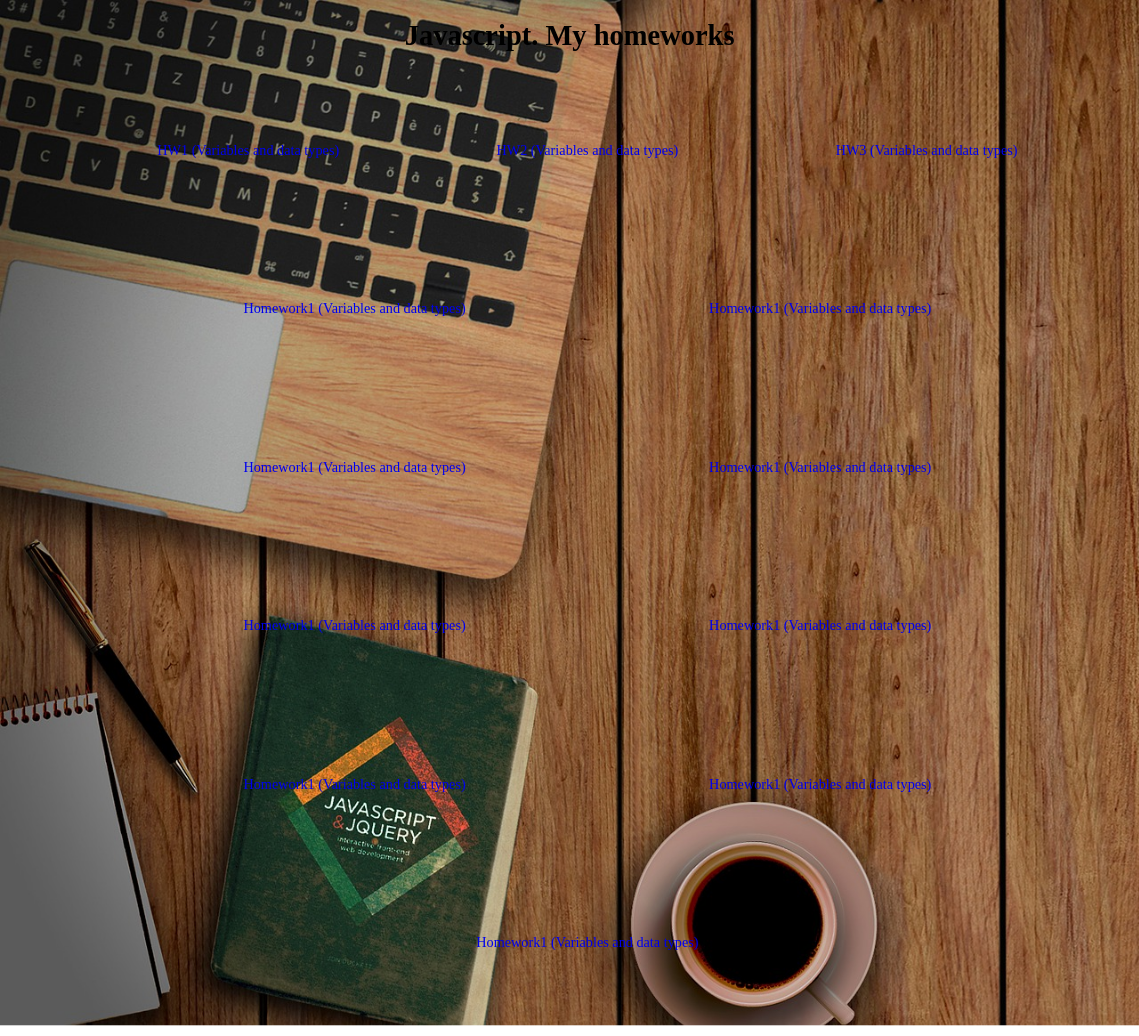
Repository: mariiastetsko/cursor-js-hw
Page: index.html
These files come from the project's save history. The page is drawn as it stood at one moment and after the next save; the edit follows.
The browser window is 1280 px wide. The pictures show the whole page, at 89% of full size.

Above is the page before, as saved 2020-07-22 19:52:44.

After the next save:
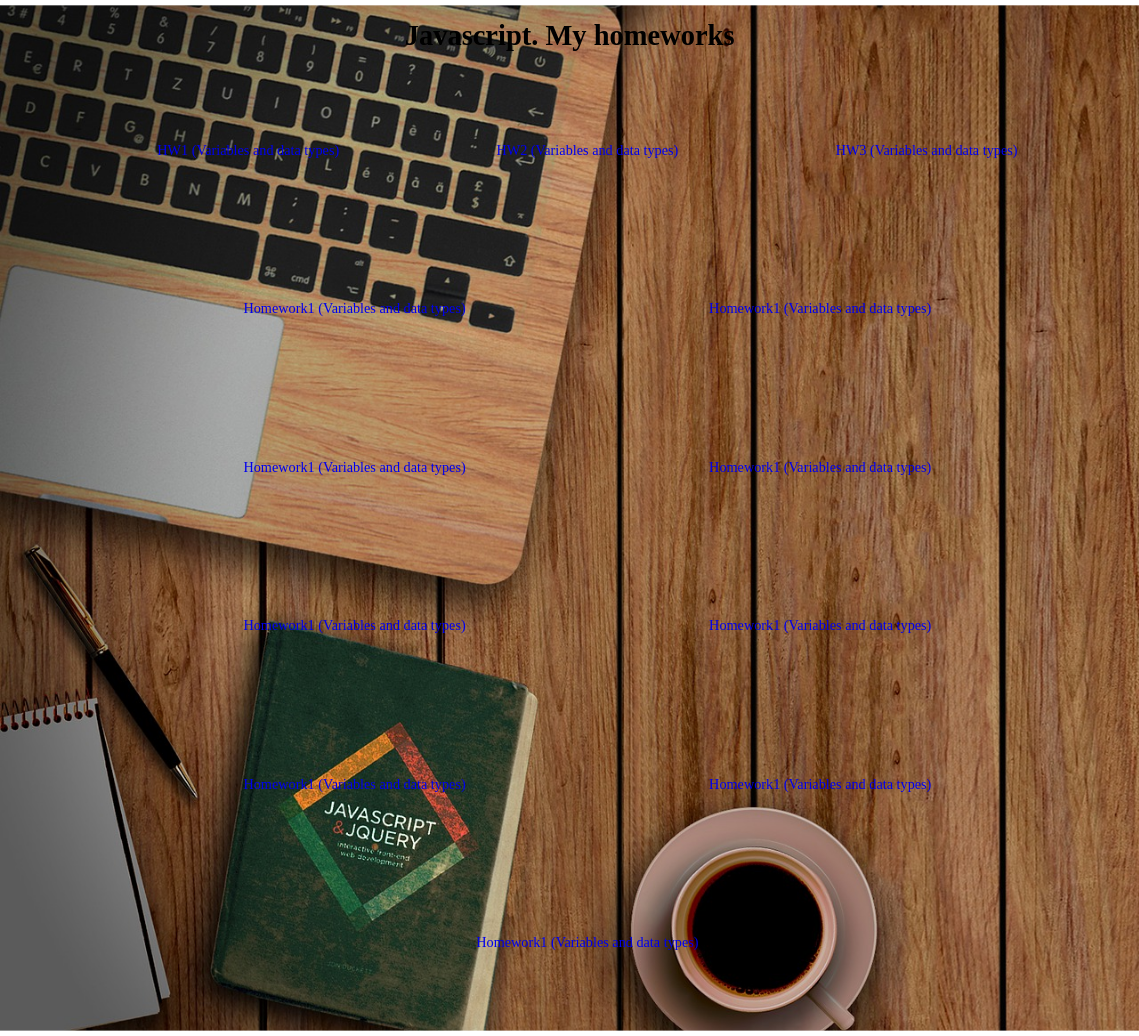
Saved 9 s later.
--- a/style.css
+++ b/style.css
@@ -9,7 +9,7 @@
     min-height: 100vh;
     background-image: url('./background.jpg');
     background-repeat: no-repeat;
-    background-position: ;
+    background-position: left;
 }
 
 ul {

After the save that followed:
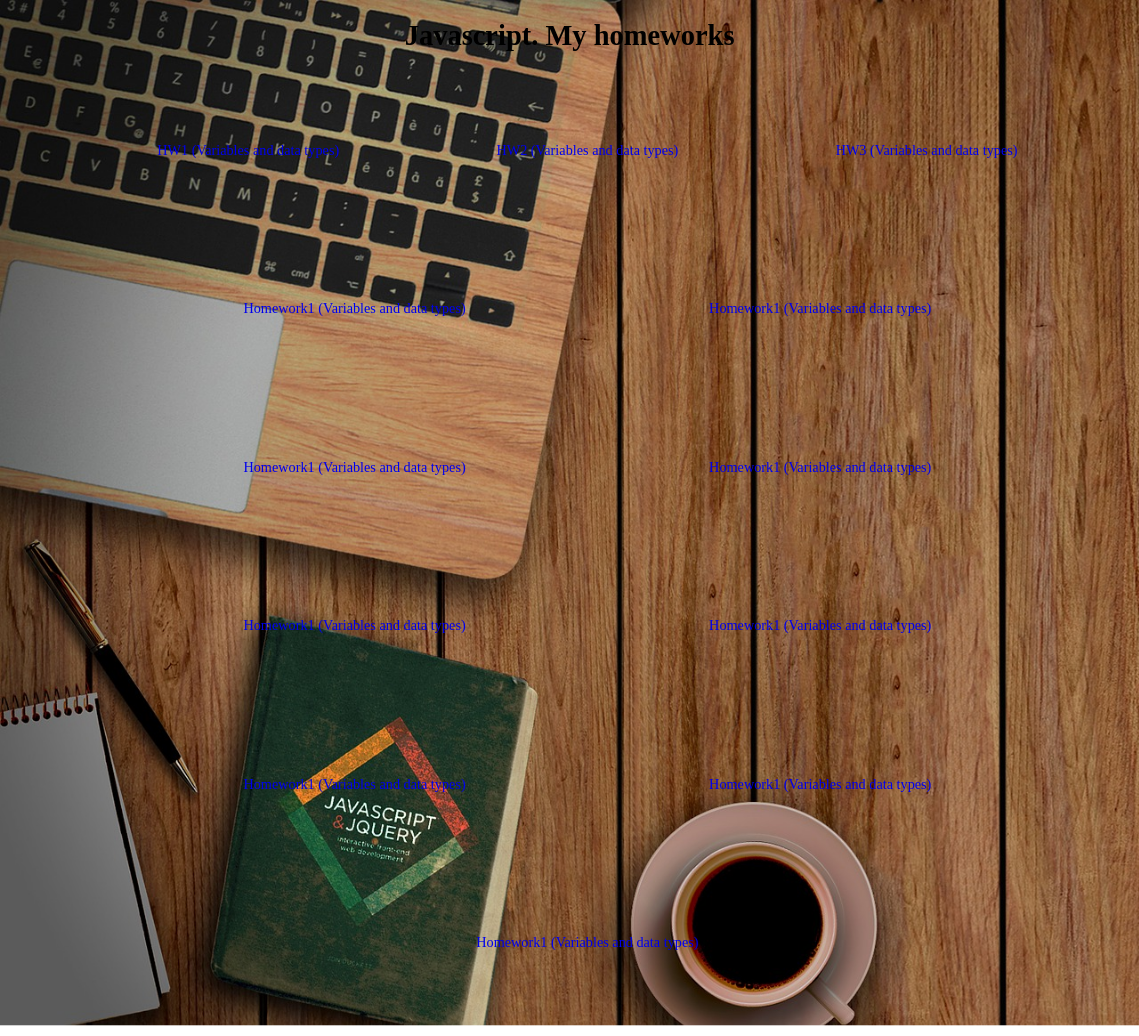
Saved 60 s later.
--- a/style.css
+++ b/style.css
@@ -9,7 +9,7 @@
     min-height: 100vh;
     background-image: url('./background.jpg');
     background-repeat: no-repeat;
-    background-position: left;
+    background-size: left;
 }
 
 ul {
